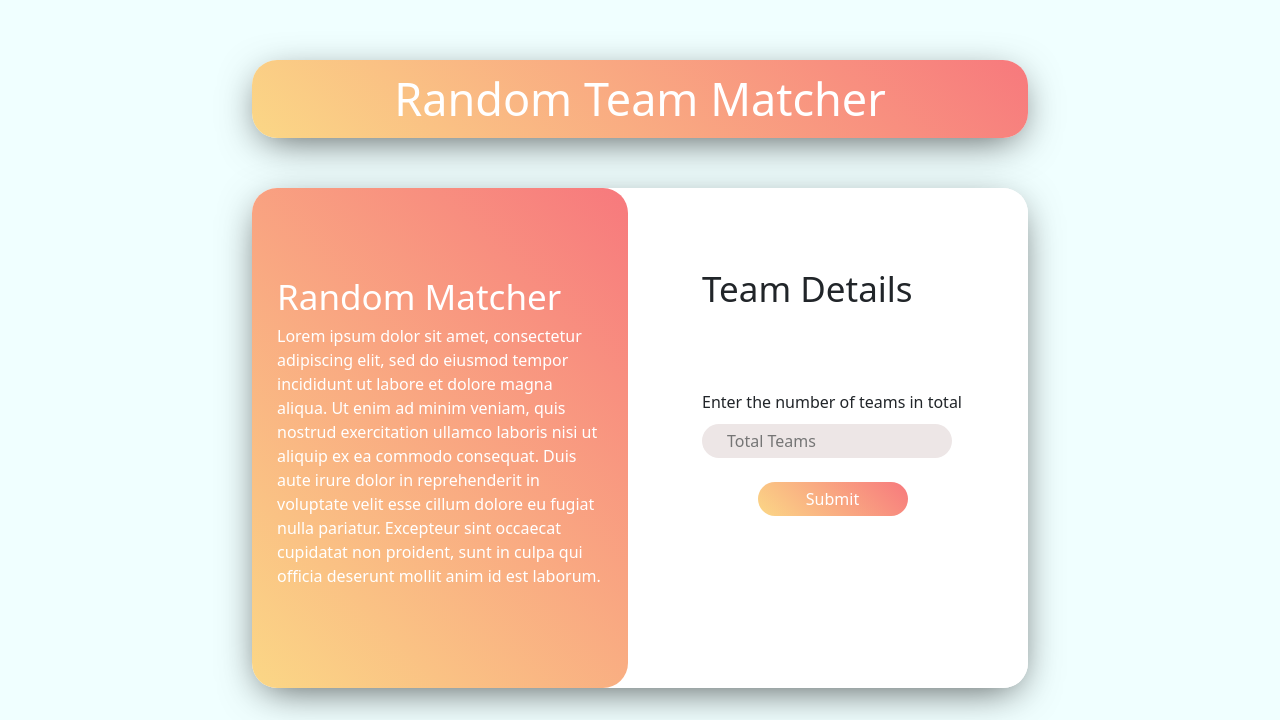
Repository: seleco29/Random-Team-Matcher-Servlet-Jsp
Page: http://localhost/Random_Team_Matcher_v2.0/include/indexHeader.jsp
The author's editor kept a copy of each file at every save. The page is drawn from the files as they stood at one save, then again after the next save.
The browser window is 1280 px wide. The pictures show the whole page.
The page is served by Tomcat 9.

Above is the page before, as saved 2023-01-20 16:55:03.

After the next save:
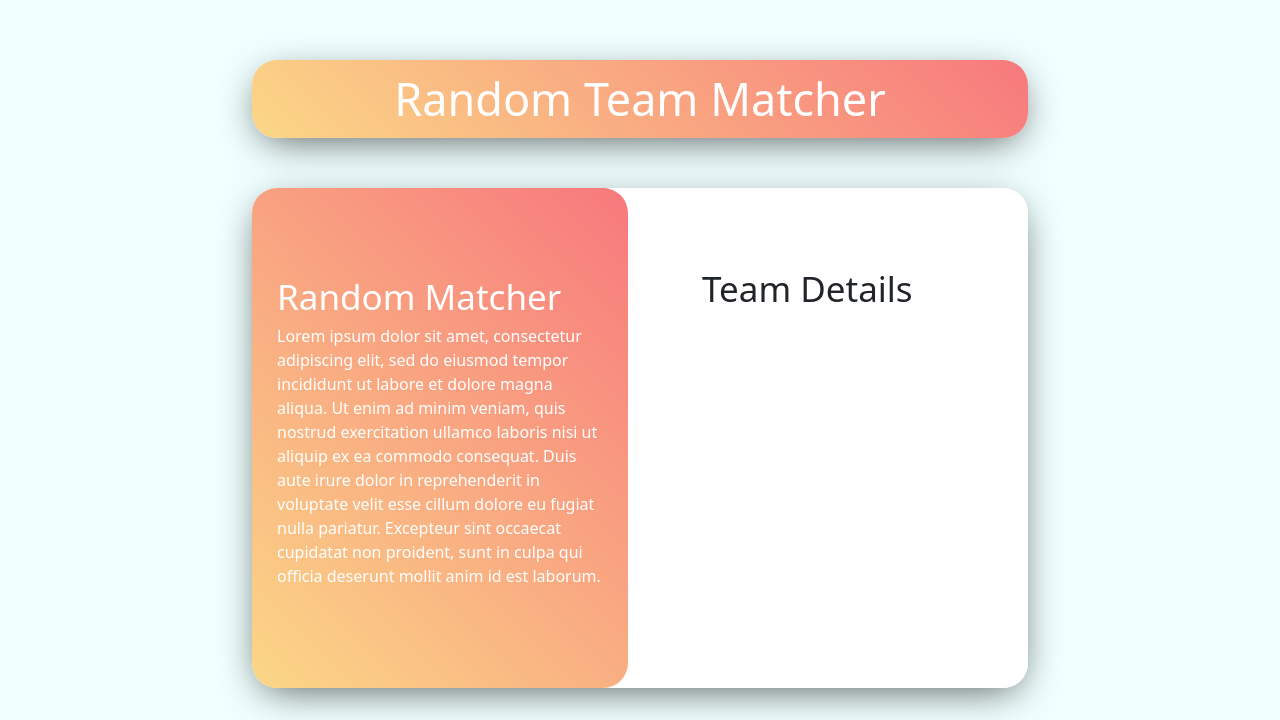
Saved 40 s later.
--- a/Random Team Matcher v2.0/src/main/webapp/include/indexHeader.jsp
+++ b/Random Team Matcher v2.0/src/main/webapp/include/indexHeader.jsp
@@ -32,8 +32,8 @@
                 <div class="col-md-6">
                     <div class="myRightCtn">
                        <header>Team Details</header>
-                        <form action="" class="myForm text-center">
+                        <!-- <form action="" class="myForm text-center">
                             <label for="teamNumber" class="myInputLabel" >Enter the number of teams in total</label>
                             <input type="text" class="myInput" name="teamNumber" placeholder="Total Teams" required>
                         <br/>
-                        <input type="submit" class="submitBtn" value="Submit">
+                        <input type="submit" class="submitBtn" value="Submit"> -->
